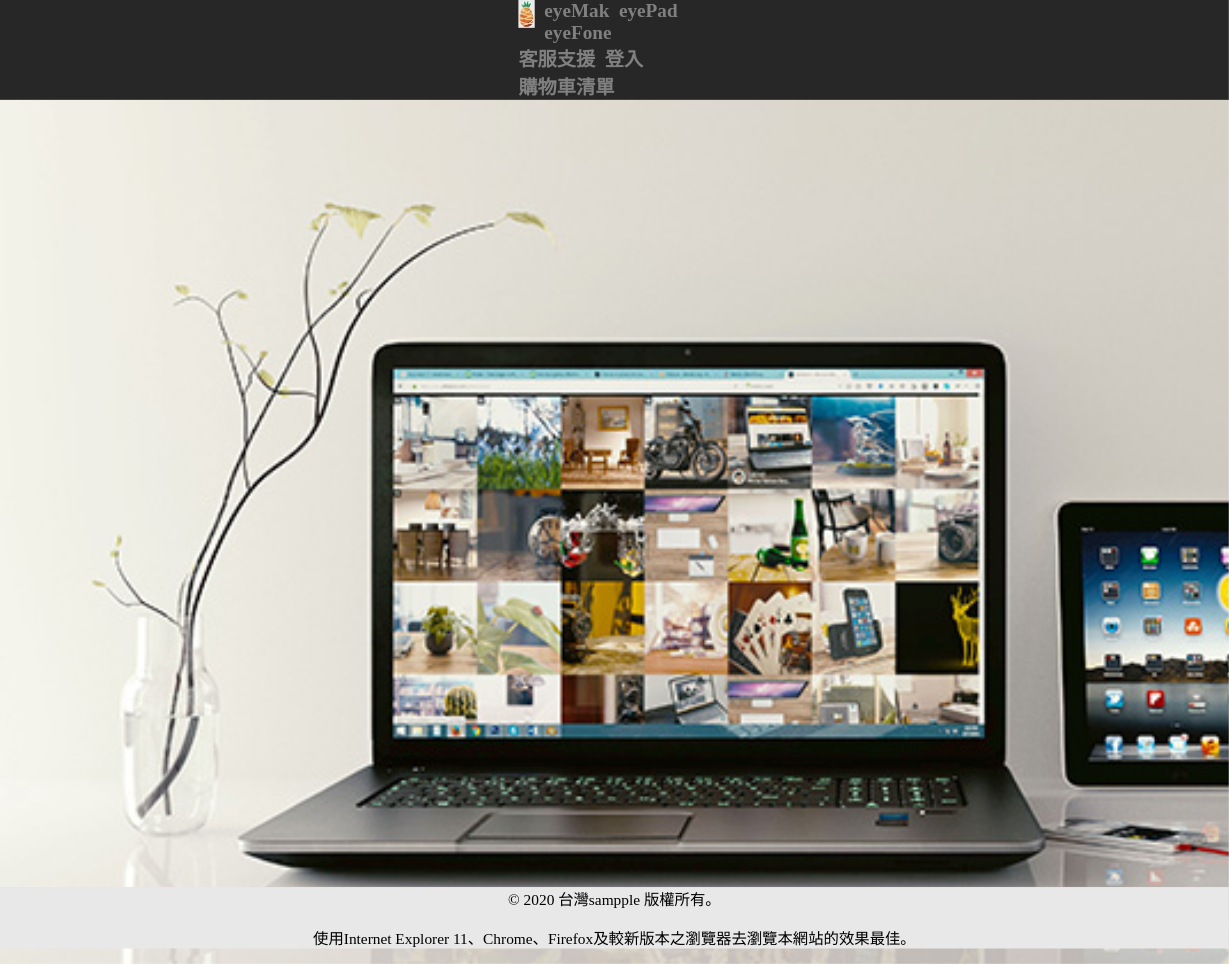
Repository: Vincent4142/NewFinalProject
Page: http://localhost/FinalProject/
These files come from the project's save history. The page is drawn as it stood at one moment and after the next save; the edit follows.
The browser window is 1280 px wide. The pictures show the whole page, at 96% of full size.
The page is served by Tomcat 9. Other server files are loaded and not shown.

Above is the page before, as saved 2020-04-09 06:25:18.

### FinalProject/WebContent/index.jsp
<%@ page language="java" contentType="text/html; charset=UTF-8"
	pageEncoding="UTF-8"%>

<!DOCTYPE html>
<html>
<head>
<meta charset="UTF-8">
<title>index</title>
<style type="text/css">
body {
	background-image: url(img/indexbackground.jpg);
	background-repeat: no-repeat;
	background-size: cover;
	margin: 0px;
	padding: 0px;
}
#content{
	height: 700px;
}

</style>
</head>
<body>

	<%@ include file="fragment/indexTOP.jsp"%>


	<div id="content">

	</div>




	<%@ include file="fragment/indexBOTTOM.jsp"%>
</body>
</html>

### FinalProject/WebContent/fragment/indexTOP.jsp
<%@ page language="java" contentType="text/html; charset=UTF-8"
	pageEncoding="UTF-8"%>
<!DOCTYPE html>
<html>
<head>
<meta charset="UTF-8">
<title>indexTOP</title>

<style type="text/css">
.nav {
	padding-left:500px;
	padding-right:500px;
	margin-top: -20px;
	margin-bottom:0px;
	background-color: #272727;
}
/* 主UL */
.navul {

	list-style-type: none;
	font-weight: bolder;
	font-size: 20px;
	overflow: auto;
}

.navul li {
	border-radius: 5px;
	margin-left: 0px;
	margin-right: 10px;
	float: left;
	display: block;
	position: static;
}

.navul li a {
	text-decoration: none;
	color: gray;
}

.navul li a:hover {
	color: white;
}

#navright {
	float: right;
}
</style>

</head>
<body>

	<nav class="nav" style="text-align: center;">

		<ul class="navul">
			<li><a href="index.jsp"><img alt="logo" src="img/pineapple.jpg"></a></li>
			<li><a href="eyeMakPage.jsp">eyeMak</a></li>
			<li><a href="eyePadPage.jsp">eyePad</a></li>
			<li><a href="eyeFonePage.jsp">eyeFone</a></li>

			<div id="navright">
				<li><a href="customerServicePage.jsp">客服支援</a></li>
				<li><a href="LoginPage.jsp">登入</a></li>
				<li><a href="shoppingcartPage.jsp">購物車清單</a></li>
			</div>
		</ul>

	</nav>

</body>
</html>

### FinalProject/WebContent/fragment/indexBOTTOM.jsp
<%@ page language="java" contentType="text/html; charset=UTF-8"
    pageEncoding="UTF-8"%>
<!DOCTYPE html>
<html>
<head>
<meta charset="UTF-8">
<title>indexBOTTOM</title>

<style type="text/css">

	#bottom{
		background-color:#E8E8E8;
		text-align: center;
		margin-top: 100px;
	}

</style>

</head>
<body>
	<div id="bottom">
		<p>© 2020 台灣sampple 版權所有。</p>

		<p>使用Internet Explorer 11、Chrome、Firefox及較新版本之瀏覽器去瀏覽本網站的效果最佳。</p>
	</div>
</body>
</html>

After the next save:
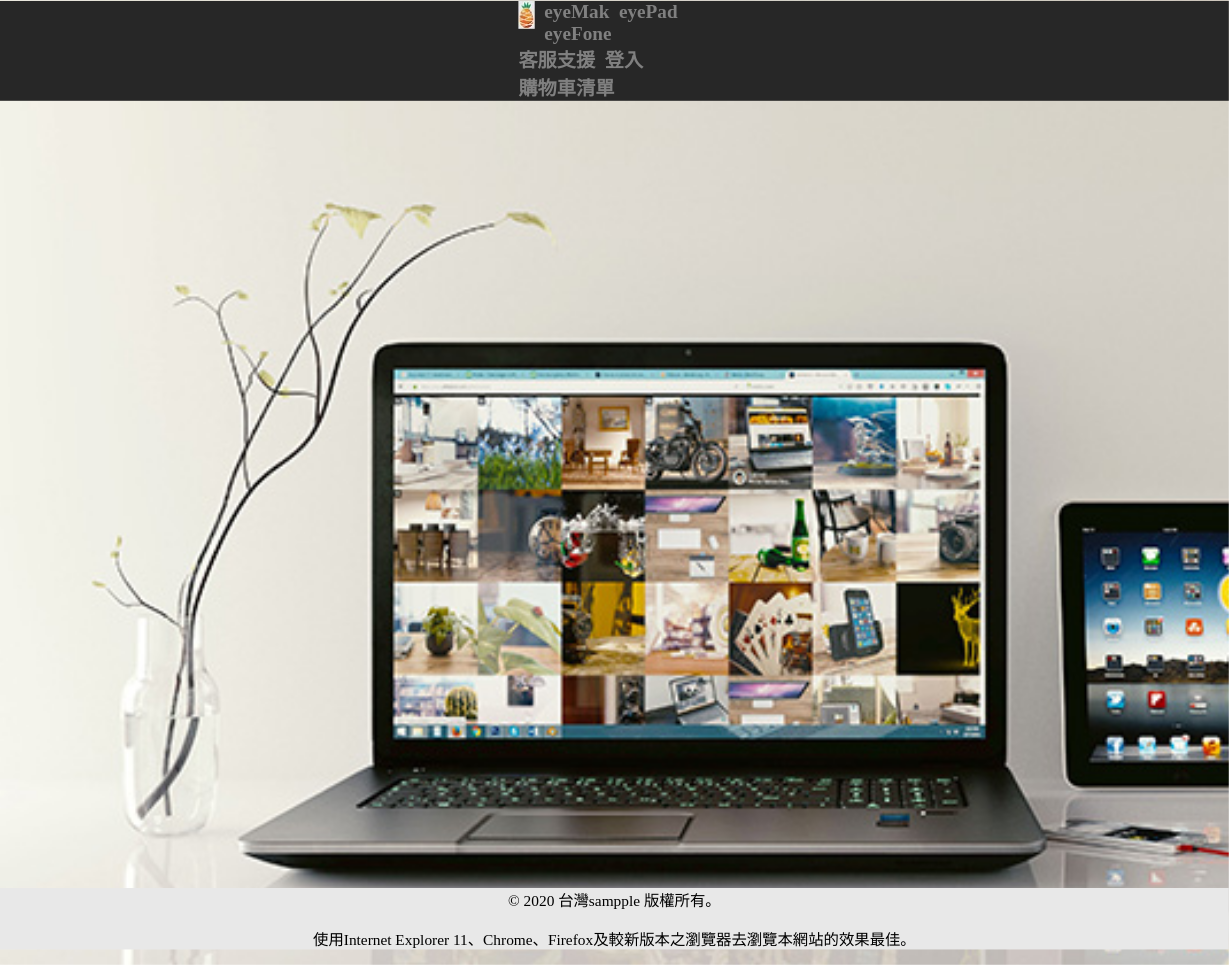
Saved 16 s later.
--- a/FinalProject/WebContent/fragment/indexTOP.jsp
+++ b/FinalProject/WebContent/fragment/indexTOP.jsp
@@ -10,7 +10,7 @@
 .nav {
 	padding-left:500px;
 	padding-right:500px;
-	margin-top: -20px;
+	margin-top: -19px;
 	margin-bottom:0px;
 	background-color: #272727;
 }
